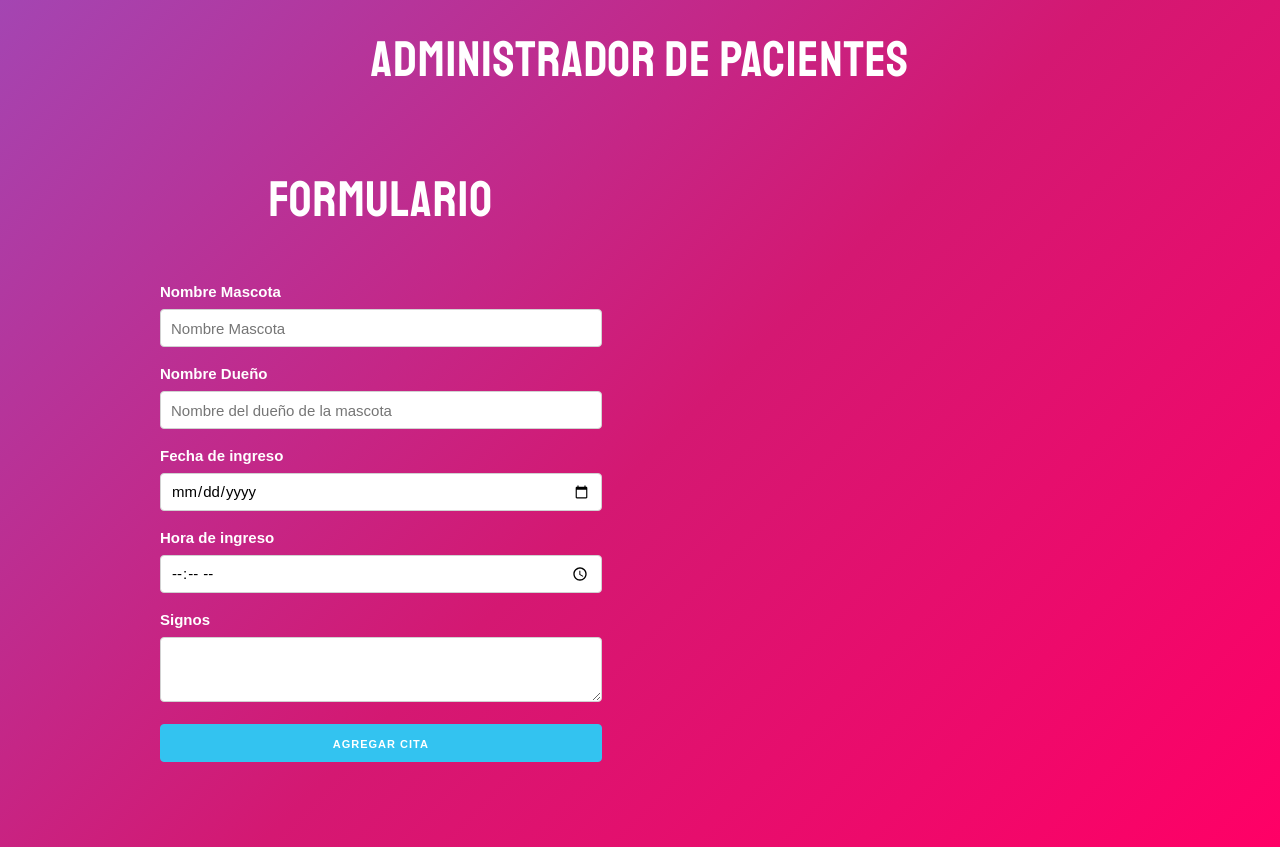
Repository: leonmezu1/react-jdlt
Page: /
These files come from the project's save history. The page is drawn as it stood at one moment and after the next save; the edit follows.
The browser window is 1280 px wide. The pictures show the whole page.
The project was rebuilt for these pictures with package versions that can differ from the ones it lists, and the page was loaded fresh each time. Also part of the build but not shown: src/components/Cita.js.

Above is the page before, as saved 2020-10-06 11:52:55.

After the next save:
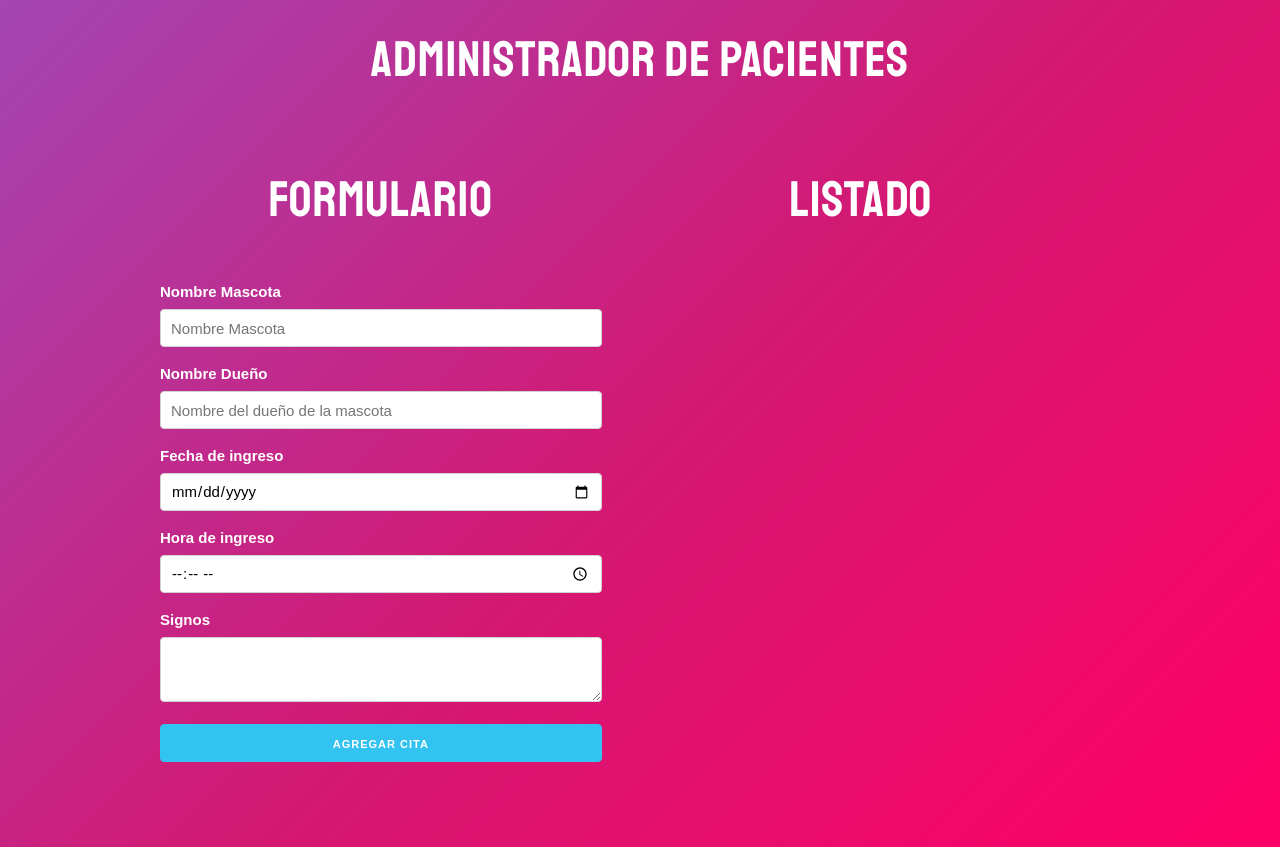
Saved 87 s later.
--- a/src/App.js
+++ b/src/App.js
@@ -26,6 +26,7 @@ const App = () => {
             <Formulario crearCita={crearCita}/>
           </div>
           <div className="one-half-column">
+            <h1>{citas.length > 0 ? "Agrega una cita" : "Listado"}</h1>
             { citas.map(cita => (
               <Cita
                 key={cita.id}
